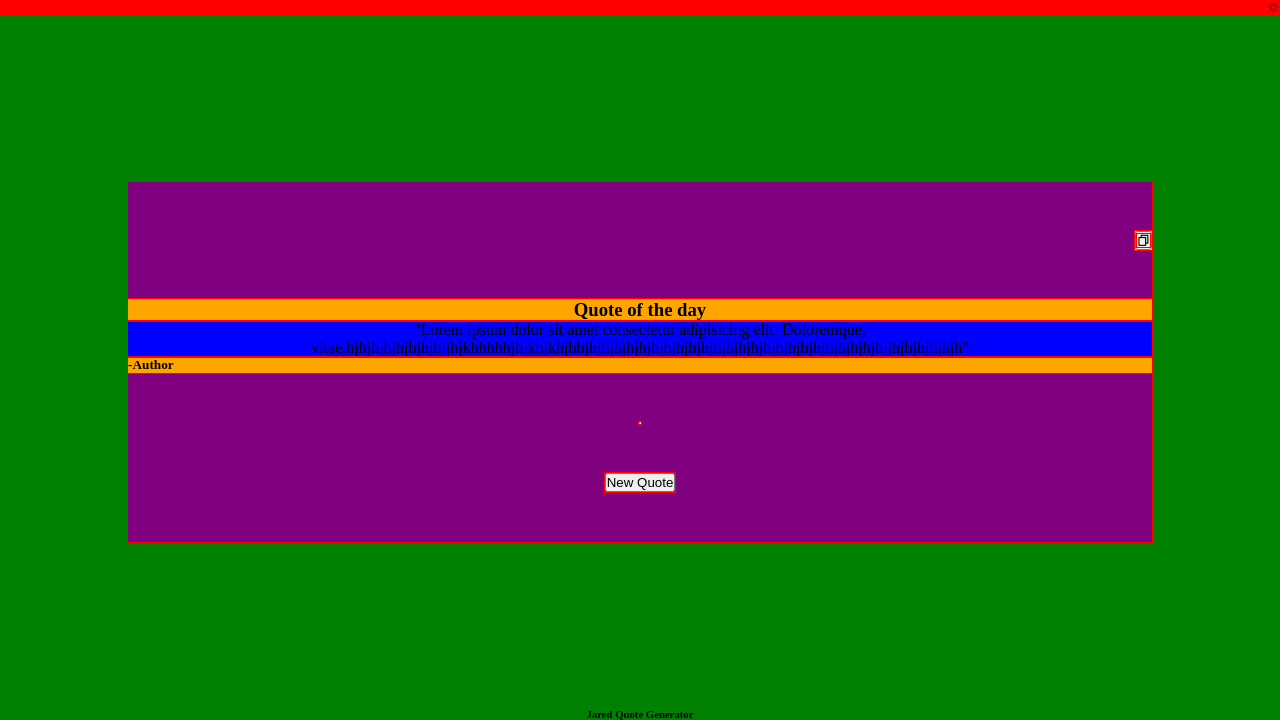
Repository: EguJaredoBoyd/Jared-Quote-Generator
Page: html/main.html
An editor plug-in stored every save of this project. The page is shown before and after the next save, followed by the edit.
The browser window is 1280 px wide. The pictures show the whole page.
Some web libraries are served in a nearby version.

Above is the page before, as saved 2026-01-09 01:09:56.

After the next save:
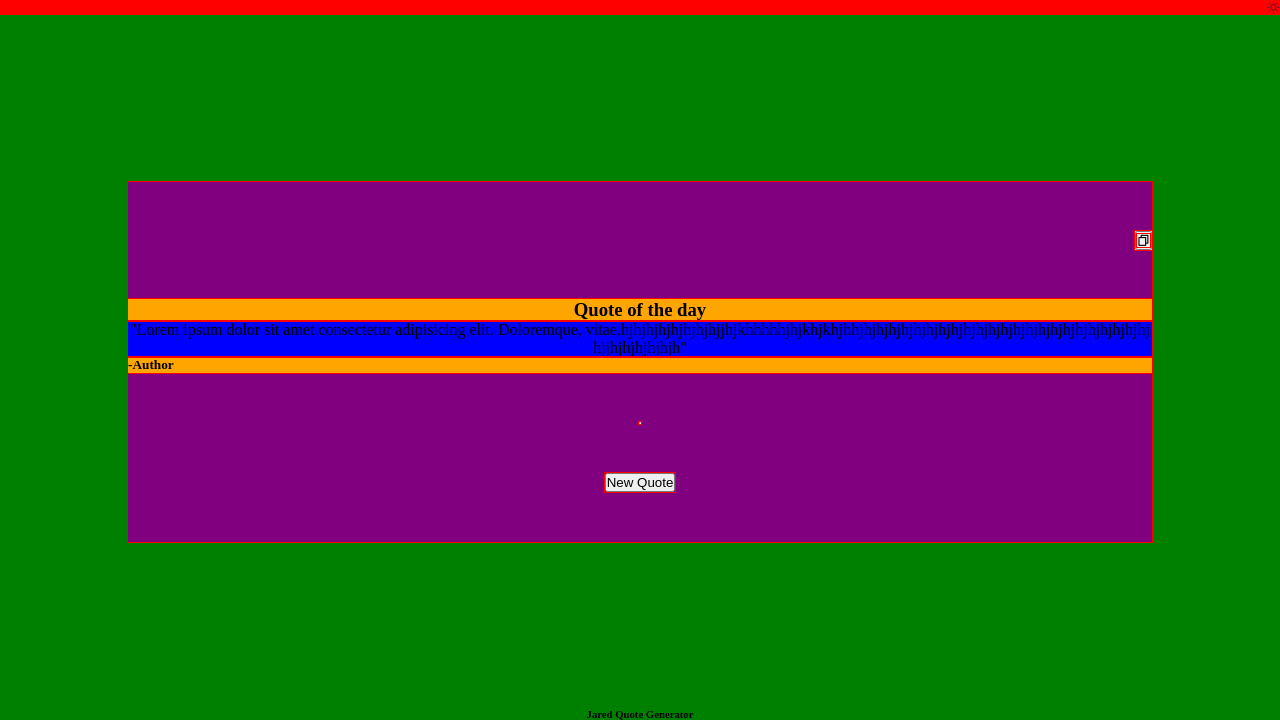
Saved 27 s later.
--- a/css/style.css
+++ b/css/style.css
@@ -73,7 +73,7 @@
   background-color: blue;
   max-width: 100%;
   content: border-box;
-
+  word-break: break-all;
   text-align: center;
 }
 

After the save that followed:
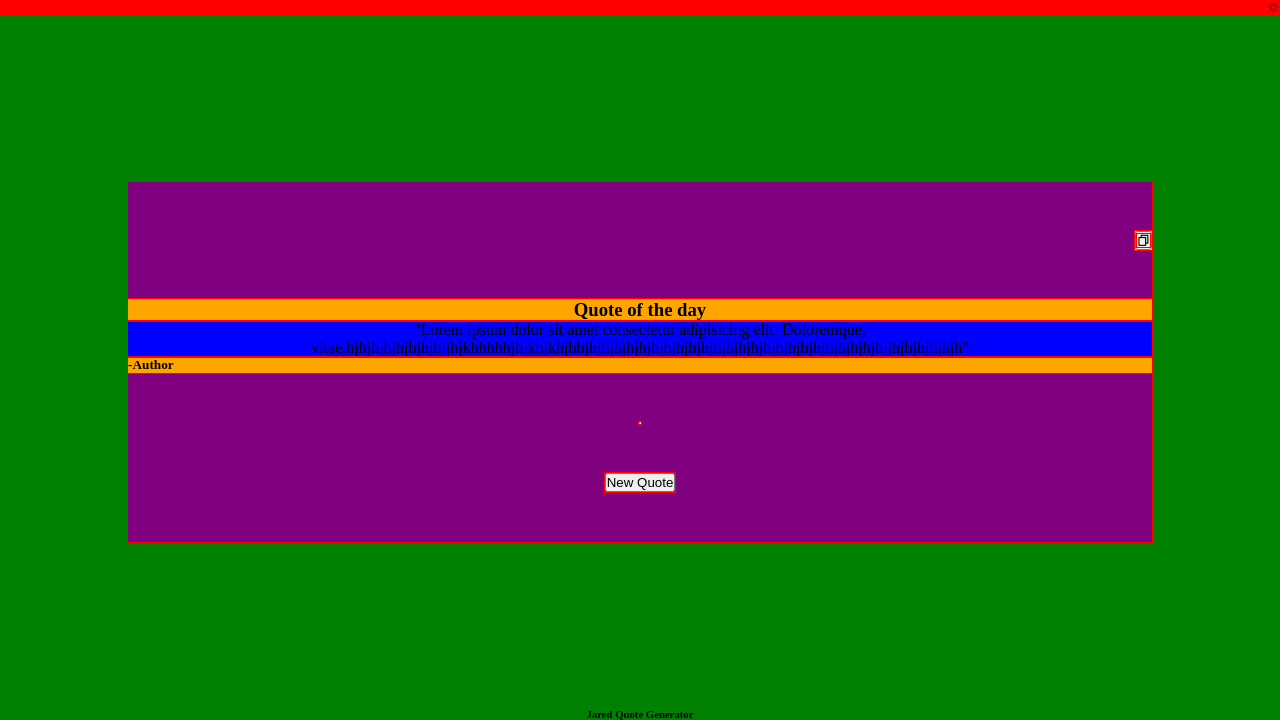
Saved 18 s later.
--- a/css/style.css
+++ b/css/style.css
@@ -73,7 +73,7 @@
   background-color: blue;
   max-width: 100%;
   content: border-box;
-  word-break: break-all;
+  overflow-wrap: break-word;
   text-align: center;
 }
 
